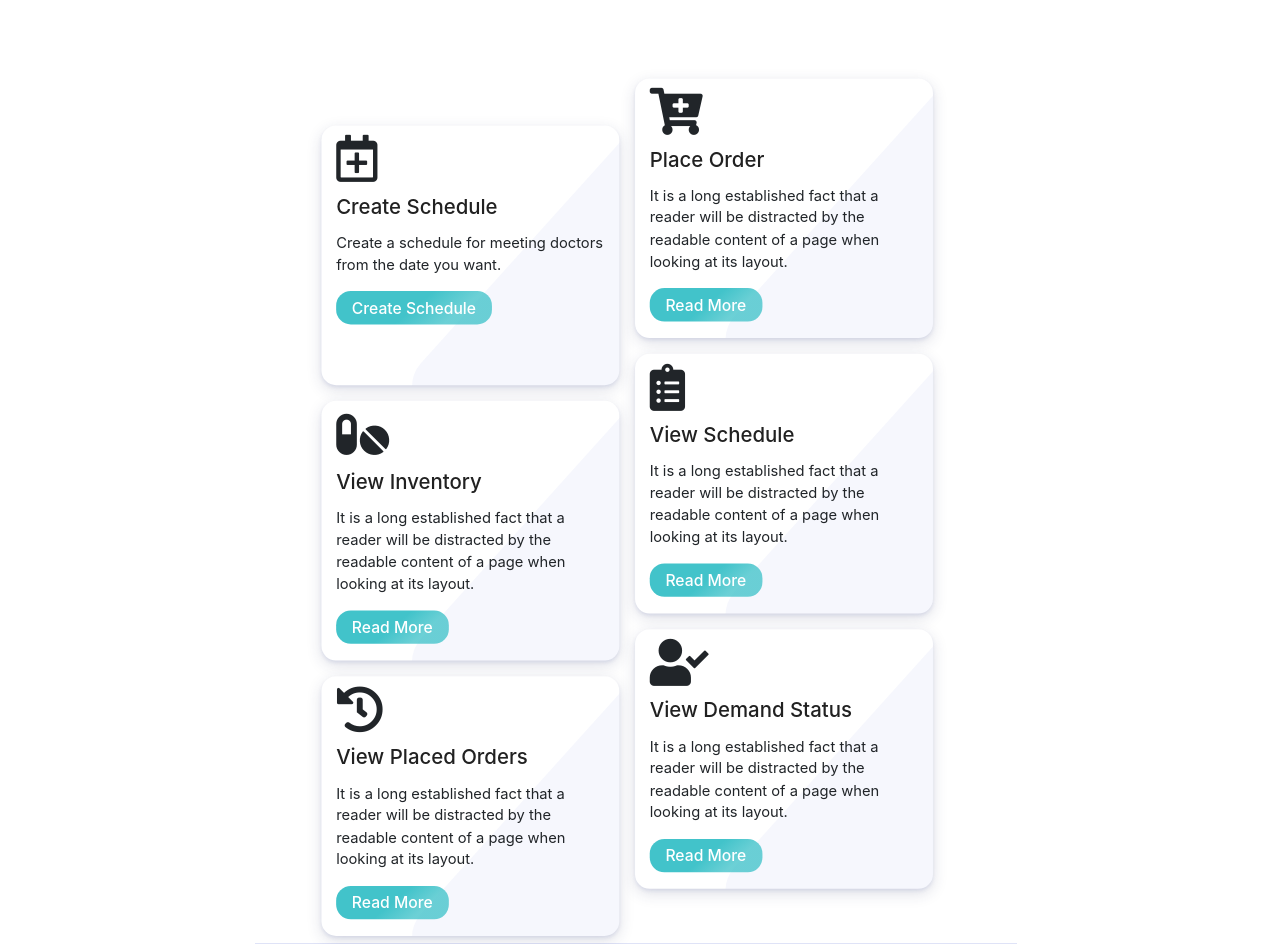
Repository: suffiyanshaikh01/Pharmacy-Project
Page: http://localhost/PharmacyMedicineSupply-WebPortal/WEB-INF/JSP/newHomePage.jsp
The author's editor kept a copy of each file at every save. The page is drawn from the files as they stood at one save, then again after the next save.
The browser window is 1280 px wide. The page is 1295 px wide, so the pictures cover 1295 px, including what lies to the right of the window. The pictures show the whole page, at 98% of full size.
Some web libraries are served in a nearby version. The page is served by Tomcat 9. Nobody is signed in. The template is opened directly, without the code that normally fills it, so the values that code supplies are empty.

Above is the page before, as saved 2021-05-29 10:36:16.

After the next save:
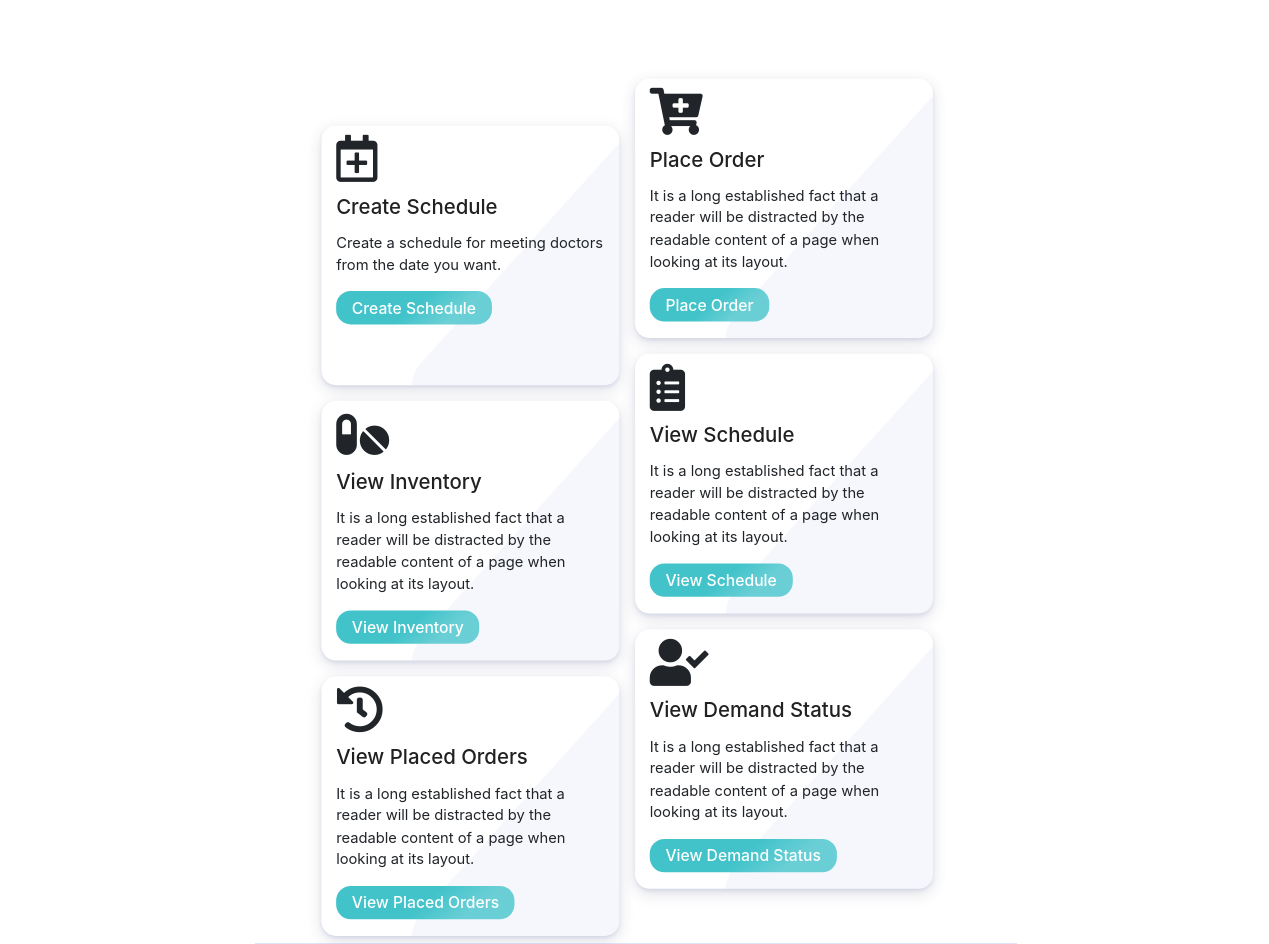
Saved 55 s later.
--- a/PharmacyMedicineSupply-WebPortal/src/main/webapp/WEB-INF/JSP/newHomePage.jsp
+++ b/PharmacyMedicineSupply-WebPortal/src/main/webapp/WEB-INF/JSP/newHomePage.jsp
@@ -214,7 +214,7 @@
               <p>
                 It is a long established fact that a reader will be distracted by the readable content of a page when looking at its layout.
               </p>
-              <button type="button" class="read_more_btn">Read More</button>
+              <button type="button" class="read_more_btn">View Inventory</button>
             </div>
           </div>
 
@@ -228,7 +228,7 @@
               <p>
                 It is a long established fact that a reader will be distracted by the readable content of a page when looking at its layout.
               </p>
-              <button type="button" class="read_more_btn">Read More</button>
+              <button type="button" class="read_more_btn">View Placed Orders</button>
             </div>
           </div>
 
@@ -245,7 +245,7 @@
               <p>
                 It is a long established fact that a reader will be distracted by the readable content of a page when looking at its layout.
               </p>
-              <button type="button" class="read_more_btn">Read More</button>
+              <button type="button" class="read_more_btn">Place Order</button>
             </div>
           </div>
           <div class="solution_card">
@@ -258,7 +258,7 @@
               <p>
                 It is a long established fact that a reader will be distracted by the readable content of a page when looking at its layout.
               </p>
-              <button type="button" class="read_more_btn">Read More</button>
+              <button type="button" class="read_more_btn">View Schedule</button>
             </div>
           </div>
           <!--5th card  -->
@@ -272,7 +272,7 @@
               <p>
                 It is a long established fact that a reader will be distracted by the readable content of a page when looking at its layout.
               </p>
-              <button type="button" class="read_more_btn">Read More</button>
+              <button type="button" class="read_more_btn">View Demand Status</button>
             </div>
           </div>
           <!--end  -->
